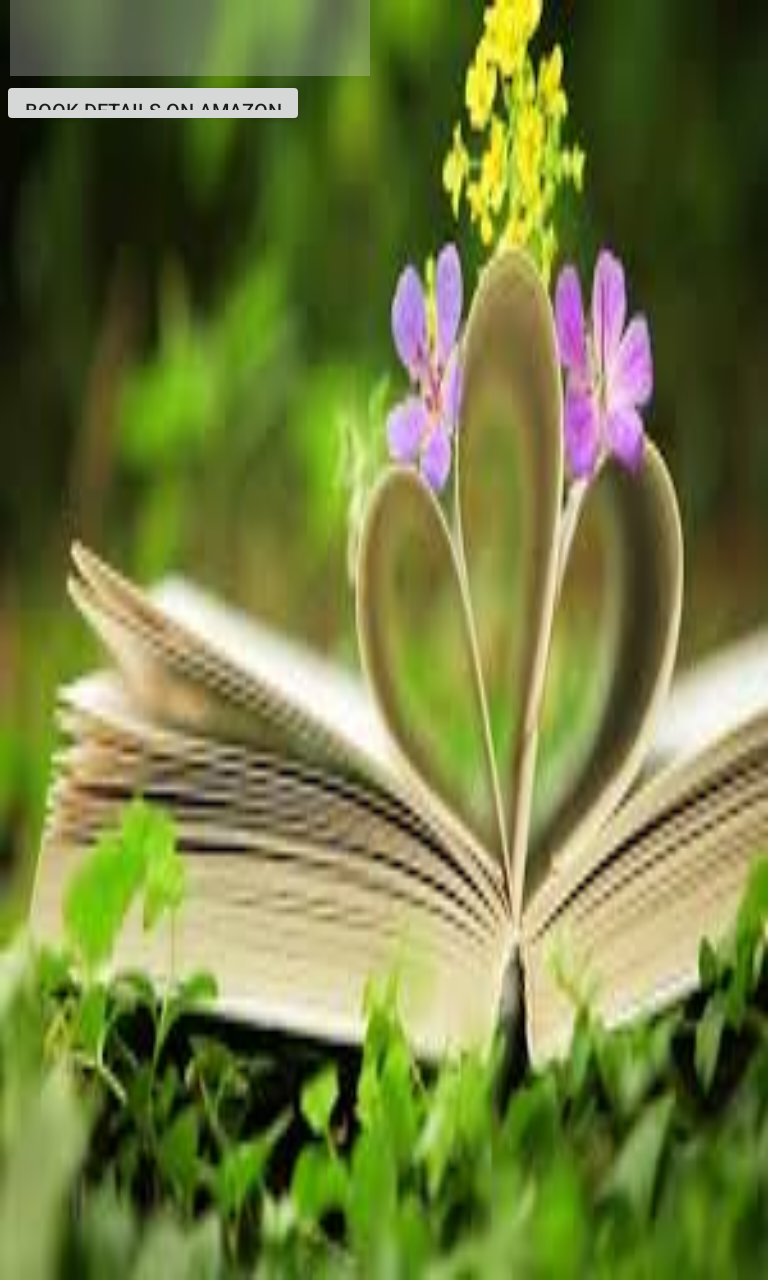
Repository: arianaantonio/MDF3_Antonio
Layout: Readable/res/layout/widget_layout.xml
The author's editor kept a copy of each file at every save. The layout is drawn from the files as they stood at one save, then again after the next save.
It is drawn on a 768 x 1280 px phone screen (xhdpi) without system bars, with theme AppTheme; the app's code is not run.

Above is the layout before, as saved 2014-08-21 03:15:20.

### Readable/res/layout/widget_layout.xml
<?xml version="1.0" encoding="utf-8"?>
<FrameLayout xmlns:android="http://schemas.android.com/apk/res/android"
    xmlns:tools="http://schemas.android.com/tools"
    android:layout_width="match_parent"
    android:layout_height="match_parent"
    android:padding="@dimen/widget_margin"
    android:orientation="vertical"
    android:background="@drawable/images" >

    <LinearLayout
        android:layout_width="match_parent"
        android:layout_height="match_parent"

        android:orientation="vertical"
        tools:ignore="UselessParent"
         android:background="@drawable/images" >

        <TextView
            android:id="@+id/nextBookTitle"
            android:layout_width="180dp"
            android:layout_height="wrap_content"
            android:layout_marginLeft="5dp"
            android:background="@color/lightgrey"
            android:gravity="left"
            android:text=""
            android:textColor="@color/black" >

        </TextView>

        <TextView
            android:id="@+id/nextBook"
            android:layout_width="180dp"
            android:layout_height="wrap_content"
            android:gravity="left"
            android:background="@color/lightgrey"
            android:text=""
            android:textColor="@color/black"
            android:layout_marginLeft="5dp" >
        </TextView>

        <Button
            android:id="@+id/button1"
            android:layout_width="wrap_content"
            android:layout_height="27dp"
            android:text="@string/widget_button"
            android:textSize="10sp" />

    </LinearLayout>

</FrameLayout>

### Readable/res/values/strings.xml
<?xml version="1.0" encoding="utf-8"?>
<resources>

    <string name="app_name">Readable</string>
    <string name="username">Enter Your Name:</string>
    <string name="nextBook">Next Book:</string>
    <color name="lavender">#50cba1e6</color>
    <string name="backgroundColor">Choose A Book Text Color:</string>
    <string name="button">Save Settings</string>
    <dimen name="widget_margin">8dp</dimen>
    <string name="widget_button">Book Details On Amazon</string>
    <string name="detailactivity">Book Details</string>
    <color name="black">#000000</color>
    <string name="name">Enter Name</string>
    <color name="lightgrey">#50D3D3D3</color>

</resources>

Loaded but not shown: Readable/res/values/styles.xml (common file); Readable/res/values-v11/styles.xml (common file); Readable/res/values-v14/styles.xml (common file)

After the next save:
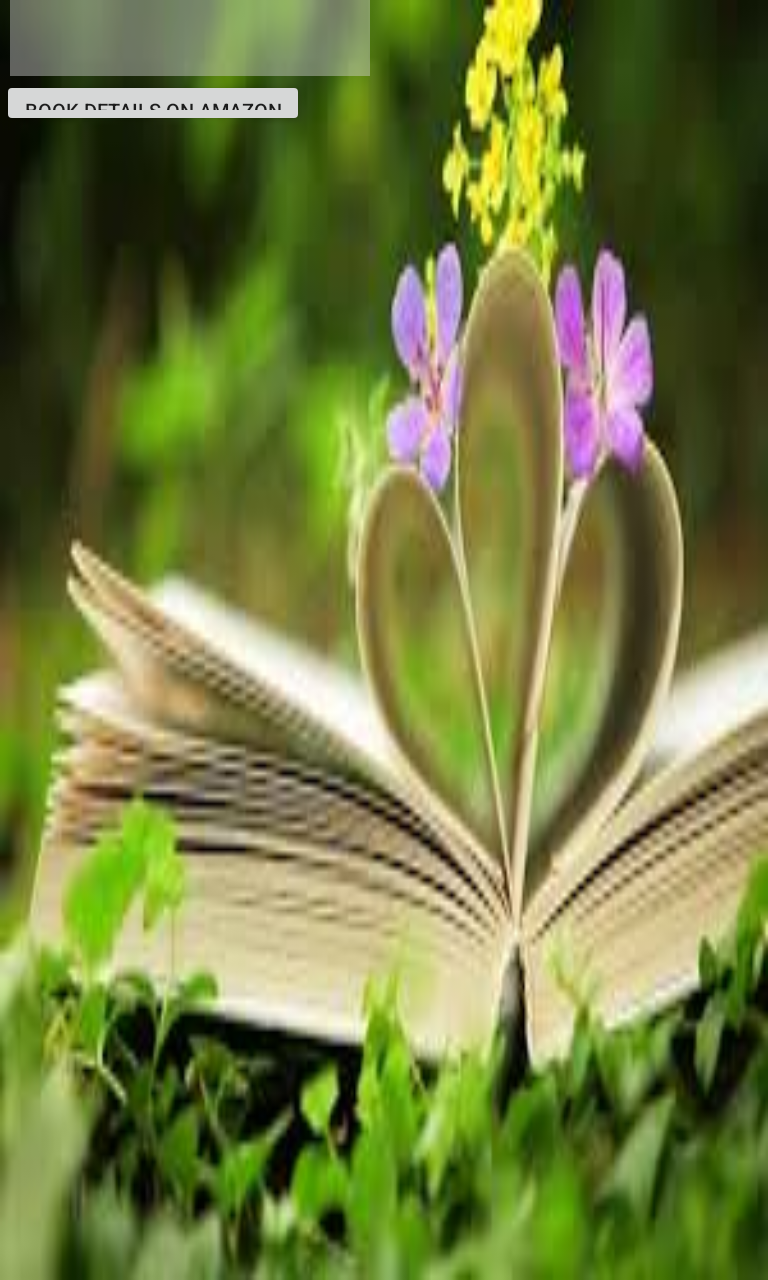
Saved 13 s later.
--- a/Readable/res/values/strings.xml
+++ b/Readable/res/values/strings.xml
@@ -12,6 +12,6 @@
     <string name="detailactivity">Book Details</string>
     <color name="black">#000000</color>
     <string name="name">Enter Name</string>
-    <color name="lightgrey">#50D3D3D3</color>
+    <color name="lightgrey">#70D3D3D3</color>
 
 </resources>
